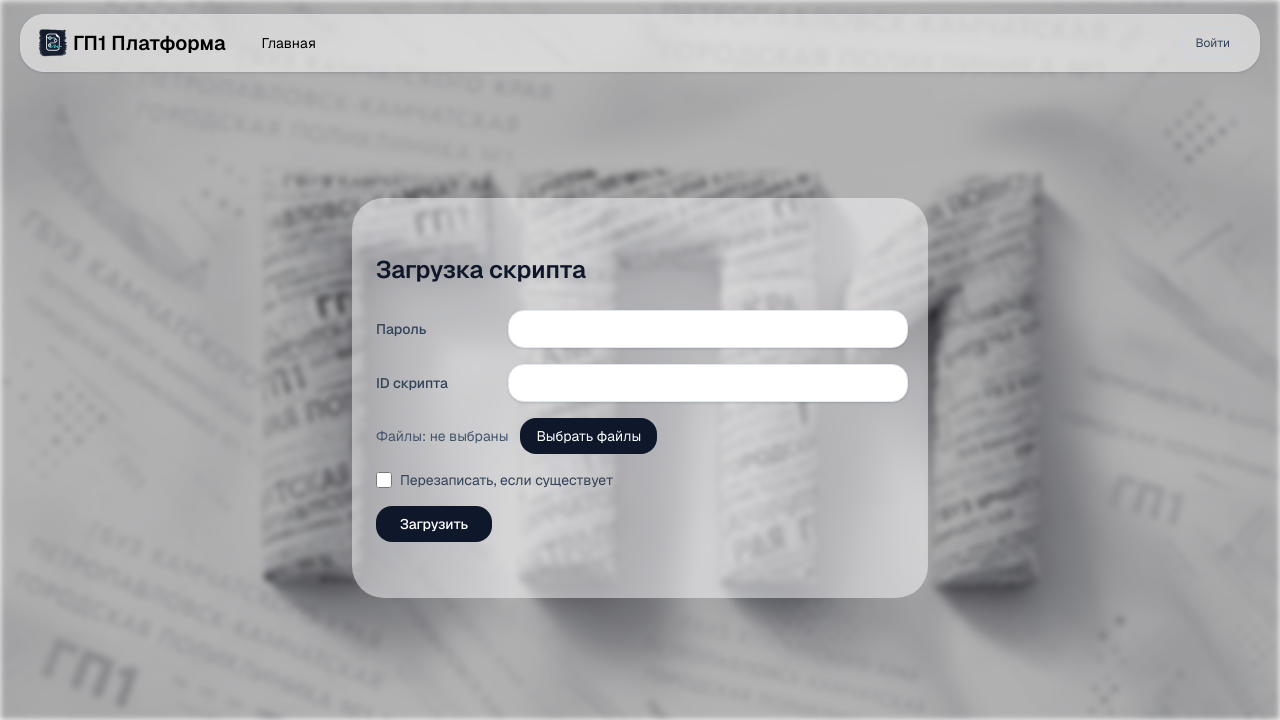
Repository: vladzap2423/report_studio_v2
Page: /load
These files come from the project's save history. The page is drawn as it stood at one moment and after the next save; the edit follows.
The browser window is 1280 px wide. The pictures show the whole page.
The page's requests for data from a server got no answer. The project was rebuilt for these pictures with package versions that can differ from the ones it lists, and the page was loaded fresh each time. The framework's server and built-in components were replaced by stand-ins that run in the browser. No one was signed in, and anything a server would have sent is missing. Also part of the build but not shown: next.config.ts, src/app/components/AppToastViewport.tsx.

Above is the page before, as saved 2026-04-17 10:13:12.

After the next save:
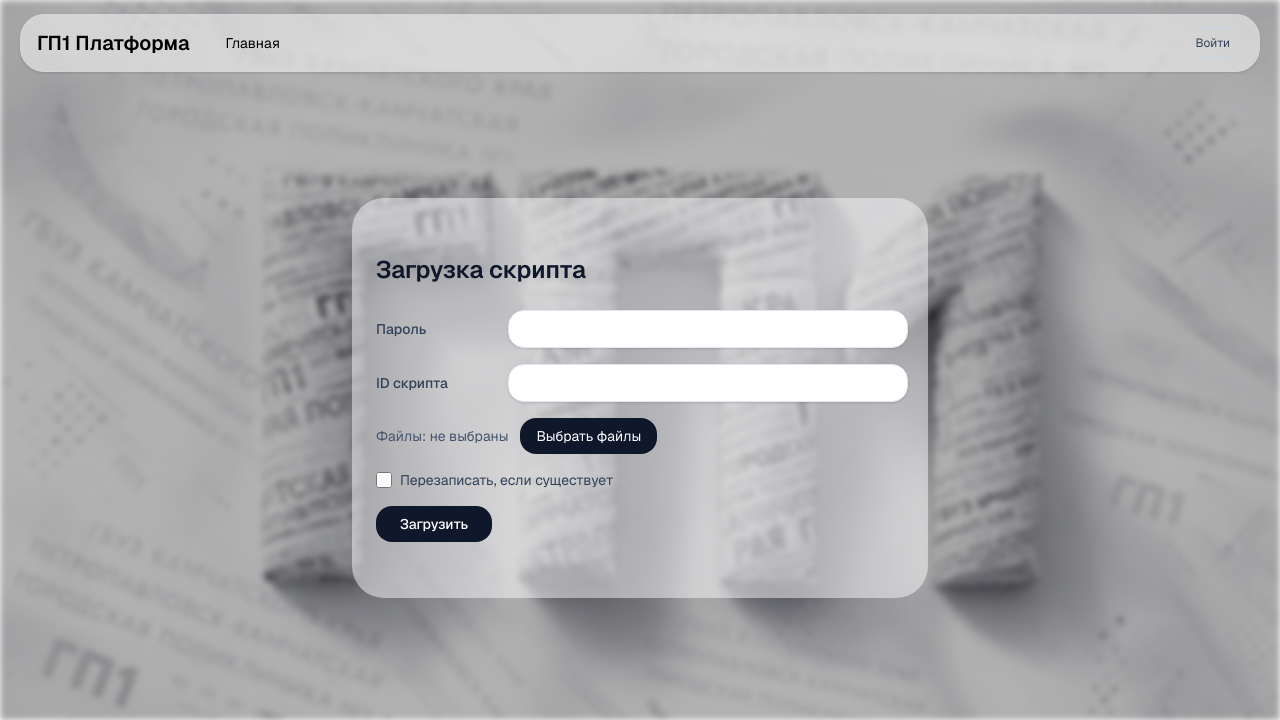
Saved 22 s later.
--- a/src/app/components/Header.tsx
+++ b/src/app/components/Header.tsx
@@ -75,14 +75,7 @@ const Header: React.FC<HeaderProps> = ({ title = "ГП1 Платформа", lin
     <header className="app-header app-frame w-full">
       <div className="flex w-full items-center justify-between rounded-3xl border border-gray-300 bg-white/50 px-4 py-3 shadow-sm">
         <div className="flex items-center space-x-6">
-          <div className="flex shrink-0 items-center gap-1">
-            <img
-              src="/icon.png"
-              alt=""
-              className="h-[32px] w-[32px] shrink-0 object-contain"
-            />
-            <div className="text-xl font-semibold text-black">{title}</div>
-          </div>
+          <div className="text-xl font-semibold text-black">{title}</div>
 
           <nav className="flex space-x-2">
             {visibleLinks.map((link) => {
